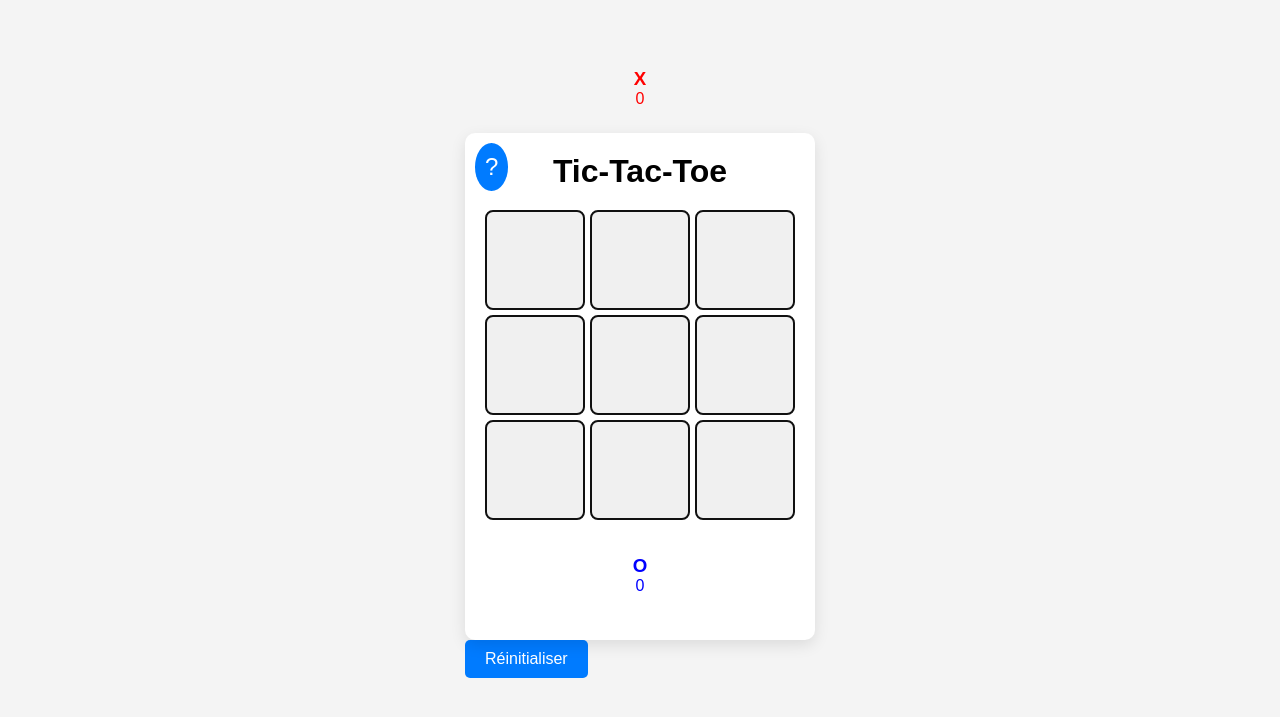
Repository: FTheo57/EvaluationGit
Page: index.html
An editor plug-in stored every save of this project. The page is shown before and after the next save, followed by the edit.
The browser window is 1280 px wide. The pictures show the whole page.

Above is the page before, as saved 2025-03-10 16:37:19.

### index.html
<!DOCTYPE html>
<html lang="fr">
<head>
    <meta charset="UTF-8">
    <meta name="viewport" content="width=device-width, initial-scale=1.0">
    <title>Tic-Tac-Toe</title>
    <link rel="stylesheet" href="/css/styles.css"
</head>
<body>
    <div class="game-wrapper">

        <div class="score-container" id="score-x">
            <h3>X</h3>
            <p id="score-x-value">0</p>
        </div>
    <div class="container">
        <button class="rules-btn" id="rules-btn">?</button>
        <h1>Tic-Tac-Toe</h1>
        <div class="game-board" id="game-board">
            <div class="cell" data-index="0"></div>
            <div class="cell" data-index="1"></div>
            <div class="cell" data-index="2"></div>
            <div class="cell" data-index="3"></div>
            <div class="cell" data-index="4"></div>
            <div class="cell" data-index="5"></div>
            <div class="cell" data-index="6"></div>
            <div class="cell" data-index="7"></div>
            <div class="cell" data-index="8"></div>
        </div>
        <div class="score-container" id="score-o">
            <h3>O</h3>
            <p id="score-o-value">0</p>
        </div>
    </div>
        <button id="reset">Réinitialiser</button>
        <div class="popup" id="popup">
            <div class="popup-content">
                <h2>Règles du Jeu</h2>
                <ul>
                    <li>Deux joueurs jouent à tour de rôle.</li>
                    <li>Chaque joueur marque son symbole (X ou O) dans une cellule vide.</li>
                    <li>Le premier joueur à aligner trois de ses symboles horizontalement, verticalement ou en diagonale gagne.</li>
                    <li>Si toutes les cellules sont remplies sans gagnant, c'est un match nul.</li>
                </ul>
                <button id="close-popup">Fermer</button>
            </div>
        </div>
    </div>


    <script src="/js/script.js"></script>
</body>
</html>

### css/styles.css
* {
    margin: 0;
    padding: 0;
    box-sizing: border-box;
}

body {
    font-family: Arial, sans-serif;
    display: flex;
    justify-content: center;
    align-items: center;
    height: 100vh;
    background-color: #f4f4f4;
}

.container {
    text-align: center;
    background-color: white;
    padding: 20px;
    border-radius: 10px;
    box-shadow: 0 5px 15px rgba(0, 0, 0, 0.1);
    position: relative;
}

.score-container {
    text-align: center;
    padding: 15px;
    border-radius: 8px;
    margin: 10px;
}

#score-x {
    color: #ff0000;
    order : -1;
}

#score-o {
    color: #0000ff;
    order: 1;
}
h1 {
    margin-bottom: 20px;
    font-size: 2rem;
}

.game-board {
    order: 0;
    display: grid;
    grid-template-columns: repeat(3, 100px);
    grid-template-rows: repeat(3, 100px);
    gap: 5px;
    margin-bottom: 20px;
}

.cell {
    width: 100px;
    height: 100px;
    background-color: #f0f0f0;
    display: flex;
    justify-content: center;
    align-items: center;
    font-size: 2rem;
    cursor: pointer;
    border: 2px solid #101010;
    border-radius: 8px;
    transition: background-color 0.3s ease;
}

.cell:hover {
    background-color: #e0e0e0;
}

button {
    padding: 10px 20px;
    font-size: 1rem;
    cursor: pointer;
    background-color: #007bff;
    color: white;
    border: none;
    border-radius: 5px;
    transition: background-color 0.3s ease;
}

button:hover {
    background-color: #0056b3;
}
.rules-btn {
    position: absolute;
    top: 10px;
    left: 10px;
    padding: 10px;
    font-size: 1.5rem;
    background-color: #007bff;
    color: white;
    border: none;
    border-radius: 50%;
    cursor: pointer;
    transition: background-color 0.3s ease;
}

.rules-btn:hover {
    background-color: #0056b3;
}


.popup {
    display: none;
    position: fixed;
    top: 0;
    left: 0;
    width: 100%;
    height: 100%;
    background-color: rgba(0, 0, 0, 0.5);
    justify-content: center;
    align-items: center;
}

.popup-content {
    background-color: white;
    padding: 20px;
    border-radius: 10px;
    text-align: center;
    width: 300px;
}

.popup h2 {
    margin-bottom: 10px;
}

.popup ul {
    list-style-type: none;
    margin-bottom: 20px;
}

.popup button {
    background-color: #007bff;
    color: white;
    border: none;
    border-radius: 5px;
    padding: 10px;
    cursor: pointer;
}

.popup button:hover {
    background-color: #0056b3;
}

### js/script.js

const rulesBtn = document.getElementById('rules-btn');
const popup = document.getElementById('popup');
const closePopupBtn = document.getElementById('close-popup');


rulesBtn.addEventListener('click', () => {
    popup.style.display = 'flex';
});


closePopupBtn.addEventListener('click', () => {
    popup.style.display = 'none';
});

After the next save:
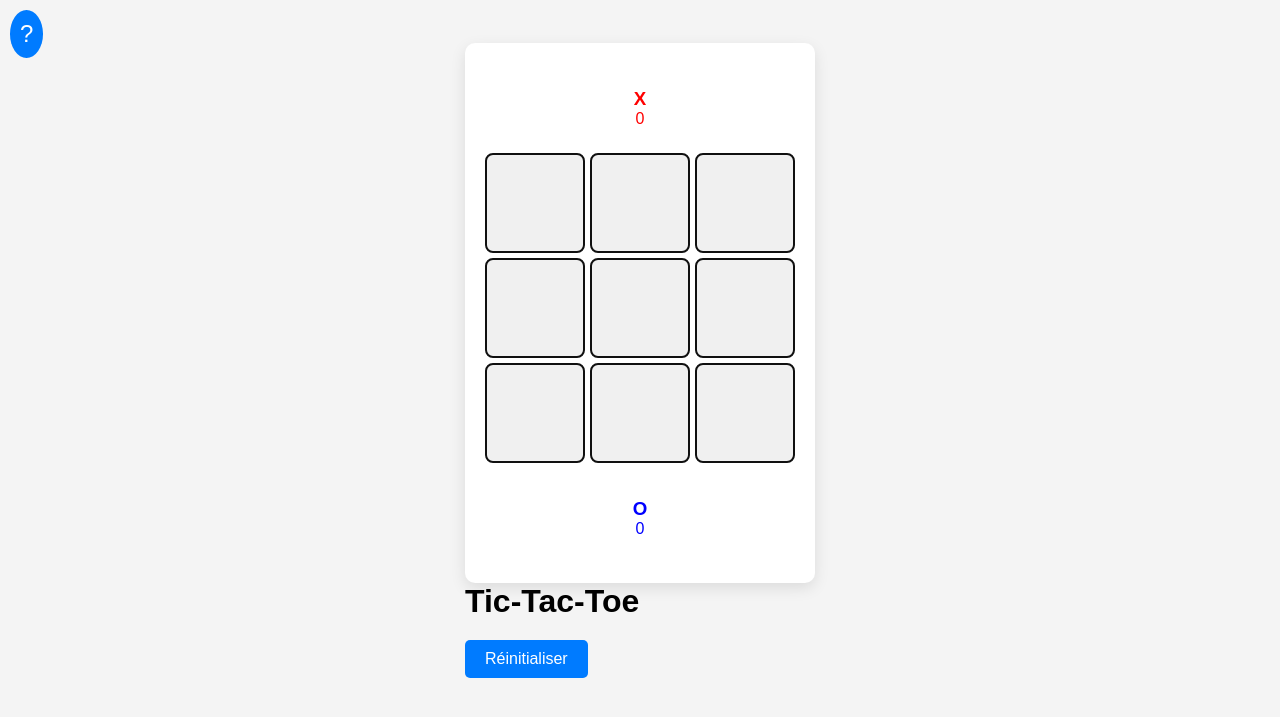
Saved 98 s later.
--- a/index.html
+++ b/index.html
@@ -4,34 +4,35 @@
     <meta charset="UTF-8">
     <meta name="viewport" content="width=device-width, initial-scale=1.0">
     <title>Tic-Tac-Toe</title>
-    <link rel="stylesheet" href="/css/styles.css"
+    <link rel="stylesheet" href="/css/styles.css">
 </head>
 <body>
     <div class="game-wrapper">
+        <div class="container">
+            <div class="score-container" id="score-x">
+                <h3>X</h3>
+                <p id="score-x-value">0</p>
+            </div>
 
-        <div class="score-container" id="score-x">
-            <h3>X</h3>
-            <p id="score-x-value">0</p>
+            <div class="game-board" id="game-board">
+                <div class="cell" data-index="0"></div>
+                <div class="cell" data-index="1"></div>
+                <div class="cell" data-index="2"></div>
+                <div class="cell" data-index="3"></div>
+                <div class="cell" data-index="4"></div>
+                <div class="cell" data-index="5"></div>
+                <div class="cell" data-index="6"></div>
+                <div class="cell" data-index="7"></div>
+                <div class="cell" data-index="8"></div>
+            </div>
+
+            <div class="score-container" id="score-o">
+                <h3>O</h3>
+                <p id="score-o-value">0</p>
+            </div>
         </div>
-    <div class="container">
         <button class="rules-btn" id="rules-btn">?</button>
         <h1>Tic-Tac-Toe</h1>
-        <div class="game-board" id="game-board">
-            <div class="cell" data-index="0"></div>
-            <div class="cell" data-index="1"></div>
-            <div class="cell" data-index="2"></div>
-            <div class="cell" data-index="3"></div>
-            <div class="cell" data-index="4"></div>
-            <div class="cell" data-index="5"></div>
-            <div class="cell" data-index="6"></div>
-            <div class="cell" data-index="7"></div>
-            <div class="cell" data-index="8"></div>
-        </div>
-        <div class="score-container" id="score-o">
-            <h3>O</h3>
-            <p id="score-o-value">0</p>
-        </div>
-    </div>
         <button id="reset">Réinitialiser</button>
         <div class="popup" id="popup">
             <div class="popup-content">
@@ -46,8 +47,6 @@
             </div>
         </div>
     </div>
-
-
     <script src="/js/script.js"></script>
 </body>
 </html>
